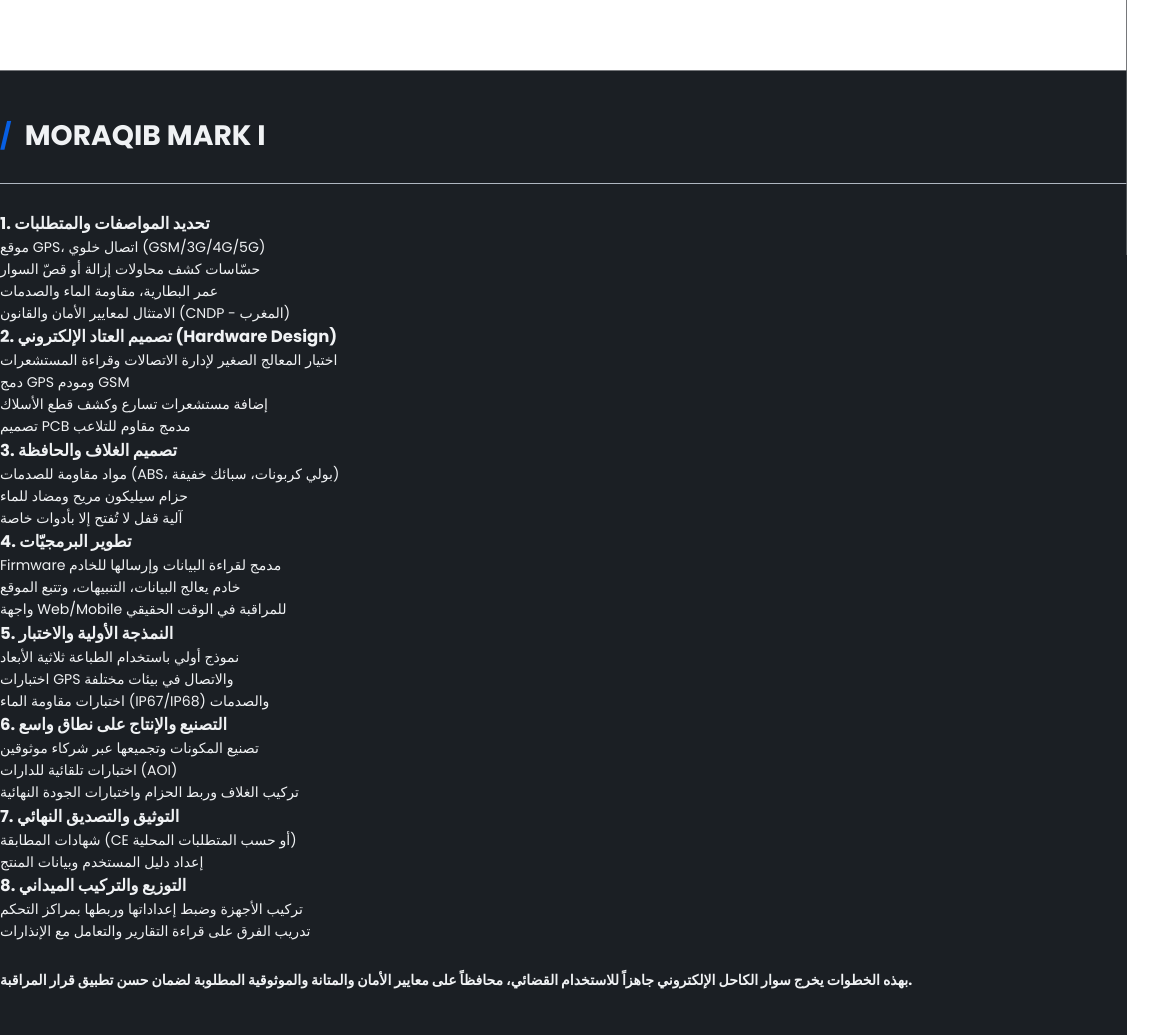
Repository: ayoubgharts/nextjs_protfolio
Page: /tutorials
The author's editor kept a copy of each file at every save. The page is drawn from the files as they stood at one save, then again after the next save.
The browser window is 1280 px wide. The page is 1280 px wide, then 1329 px, then 1280 px, so the pictures cover 1329 px, including what lies to the right of the window. The pictures show the whole page, at 88% of full size.
The project was rebuilt for these pictures with package versions that can differ from the ones it lists, and the page was loaded fresh each time. The framework's server and built-in components were replaced by stand-ins that run in the browser. Also part of the build but not shown: next.config.mjs.

Above is the page before, as saved 2025-06-01 00:23:51.

### src/app/tutorials/page.jsx
// pages/tutorials.js
import Link from "next/link";
import styles from "./tutorials.module.css";

import { Container } from "react-bootstrap";

import SectionTitle from "@/components/buttons/section-title/SectionTitle";

export default function Tutorials() {
  return (
    <main className={styles.tutorials}>
      <Container>
        <SectionTitle textContent={"MORAQIB mark I"} />
        <div className={styles.project}>
          <h3>1. تحديد المواصفات والمتطلبات</h3>
          <ul>
            <li>موقع GPS، اتصال خلوي (GSM/3G/4G/5G)</li>
            <li>حسّاسات كشف محاولات إزالة أو قصّ السوار</li>
            <li>عمر البطارية، مقاومة الماء والصدمات</li>
            <li>الامتثال لمعايير الأمان والقانون (CNDP - المغرب)</li>
          </ul>

          <h3>2. تصميم العتاد الإلكتروني (Hardware Design)</h3>
          <ul>
            <li>اختيار المعالج الصغير لإدارة الاتصالات وقراءة المستشعرات</li>
            <li>دمج GPS ومودم GSM</li>
            <li>إضافة مستشعرات تسارع وكشف قطع الأسلاك</li>
            <li>تصميم PCB مدمج مقاوم للتلاعب</li>
          </ul>

          <h3>3. تصميم الغلاف والحافظة</h3>
          <ul>
            <li>مواد مقاومة للصدمات (ABS، بولي كربونات، سبائك خفيفة)</li>
            <li>حزام سيليكون مريح ومضاد للماء</li>
            <li>آلية قفل لا تُفتح إلا بأدوات خاصة</li>
          </ul>

          <h3>4. تطوير البرمجيّات</h3>
          <ul>
            <li>Firmware مدمج لقراءة البيانات وإرسالها للخادم</li>
            <li>خادم يعالج البيانات، التنبيهات، وتتبع الموقع</li>
            <li>واجهة Web/Mobile للمراقبة في الوقت الحقيقي</li>
          </ul>

          <h3>5. النمذجة الأولية والاختبار</h3>
          <ul>
            <li>نموذج أولي باستخدام الطباعة ثلاثية الأبعاد</li>
            <li>اختبارات GPS والاتصال في بيئات مختلفة</li>
            <li>اختبارات مقاومة الماء (IP67/IP68) والصدمات</li>
          </ul>

          <h3>6. التصنيع والإنتاج على نطاق واسع</h3>
          <ul>
            <li>تصنيع المكونات وتجميعها عبر شركاء موثوقين</li>
            <li>اختبارات تلقائية للدارات (AOI)</li>
            <li>تركيب الغلاف وربط الحزام واختبارات الجودة النهائية</li>
          </ul>

          <h3>7. التوثيق والتصديق النهائي</h3>
          <ul>
            <li>شهادات المطابقة (CE أو حسب المتطلبات المحلية)</li>
            <li>إعداد دليل المستخدم وبيانات المنتج</li>
          </ul>

          <h3>8. التوزيع والتركيب الميداني</h3>
          <ul>
            <li>تركيب الأجهزة وضبط إعداداتها وربطها بمراكز التحكم</li>
            <li>تدريب الفرق على قراءة التقارير والتعامل مع الإنذارات</li>
          </ul>

          <p style={{ marginTop: "30px" }}>
            <strong>
              بهذه الخطوات يخرج سوار الكاحل الإلكتروني جاهزاً للاستخدام القضائي، محافظاً على
              معايير الأمان والمتانة والموثوقية المطلوبة لضمان حسن تطبيق قرار المراقبة.
            </strong>
          </p>
        </div>
      </Container>
    </main>
  );
}

### src/app/globals.css

/*? import google font 'Poppins' */
@import url('https://fonts.googleapis.com/css2?family=Poppins:wght@100;200;300;400;500;600;700&family=Raleway:ital,wght@0,100..900;1,100..900&display=swap');

/*? all variables */
:root {
  /*. Web colors vars */
  --dark:      #1b1f24;
  --dark-fixed:      #1b1f24;
  --dark-300:  #23282f;
  --dark-400:  #2b323b;
  --dark-300-opacity:  #23282fab;
  --dark-400-opacity:  #2b323bb0;
  --dark-300-fixed:#282c31;
  --dark-500:  #333c47;
  --dark-600:  #4d5a6a;
  --dark-700:  #778392;
  --dark-800:  #9da6b3;

  --light:     #f0f2f4;
  --light-fixed:     #f0f2f4;
  --light-300: #454649;
  --light-400: #c3cad5;
  --light-500: #8895aa;

  --primary:   #075fe4;
  --primary-dark:   #12499c;
  --primary-light:   #6b93cf;
  --success:   #11845b;
  --danger:    #c6303e;
  --danger-dark:    #992934;
  --warning:   #fd7e14;

  --purple:    #4c0bce;
  --purple-dark:    #330f7c;
  --violet:    #712cf9;
  --pink:    #f92c8c;
  --yellow:    #ffc107;
  --green:     #198754;
  --teal:      #20c997;
  --cyan:      #0dcaf0;

  /*. Mobile Var Colors */
  --mobile-dark:      #1b1f24;
  --mobile-light:     #f0f2f4;
  --mobile-dark-300:  #23282f;
  --mobile-dark-500:  #333c47;
  --mobile-dark-700:  #778392;



  /*. transitions vars */
  --trans-03: all ease .3s;
  --trans-05: all ease .5s;

  /*. border radius vars */
  --br-8: 8px;
  --br-50: 50px;

  /*. padding global default */
  --container-120: 0 120px;
  --container-60: 0 60px;
  --container-20: 0 20px;

  /*. buttons vars */
  --btn-padding: 10px 25px;
  --btn-font-size: 1.2rem;
  --btn-font-media: 0.9rem;
  --light-btn:#f0f2f4;

}


/* Light mode overrides */
.light-mode {

  /*. web switch colors */
  --dark:       #e0e3e6;
  --dark-300:  #cdd6e2;
  --dark-400:  #c7cfd8;
  --dark-300-opacity:  #b6bfccab;
  --dark-400-opacity:  #b5bfccb0;
  --dark-500:   #c2c8d3;
  --dark-600:  #4d5a6a;
  --dark-700:  #eff3f7;
  --dark-800:  #757c85;

  --light:     #1b1f24;
  --light-300: #dde1e9;
  --light-400: #c3cad5;
  --light-500: #8895aa;

  /*. mobile switch colors */
  --mobile-dark:      #f0f2f4;
  --mobile-light:     #1b1f24;
  --mobile-dark-500:  #b5bcc4;
  --mobile-dark-700:  #778392;
  --mobile-dark-300:  #e4e7ec;
}


/*? Global Styles */
*{
  font-family: "Poppins", sans-serif;
  box-sizing: border-box;
  padding: 0;
  margin: 0;
}

body {
  font-family: "Poppins", sans-serif;
  box-sizing: border-box;
  padding: 0;
  margin: 0;
}

/*? Normalise */
a, Link{
  color: var(--cyan);
  text-decoration: none !important;
}
ul{
  list-style: none;
  margin: 0;
  padding: 0;
}
ul li{
  margin: 0;
  padding: 0;
}
h1, h2, h3, h4, h5{
  margin: 0;
  padding: 0;
}

i{
  margin: 0;
  padding: 0;
}

.container{
  transition: var(--trans-03);
}

### src/app/tutorials/tutorials.module.css

.tutorials{
    margin-top: 80px;
    background: var(--dark);
    padding: 50px 0;
    transition: var(--trans-03);
    text-align: start;
    color: var(--light);
}

.button{
    outline: none;
    border: none;
    background: var(--primary);
    color: var(--light-fixed);
    width: 100%;
    padding: 15px 25px;
    border-radius: 10px;
    margin-top: 30px;
    transition: var(--trans-03);
}

.button:hover{
    background: var(--primary-dark);
}

.project{

}

### src/components/buttons/section-title/SectionTitle.jsx
import styles from './title.module.css';

export default function SectionTitle({textContent}){
    return(
        <h2 className={styles.h2}>
            {textContent}
        </h2>
    )
}

### src/components/buttons/section-title/title.module.css
.h2{
    font-size: 2rem;
    font-weight: 700;
    text-transform: uppercase;
    color: var(--light);
    width: 100%;
    border-bottom: solid 1.2px var(--light-400);
    margin-bottom: 30px;
    padding-bottom: 30px;
}

.h2::before{
    content: '/';
    color: var(--primary);
    margin-right: 15px;
    font-size: 1.8rem;
}

Loaded but not shown: src/app/layout.js (common file)

After the next save:
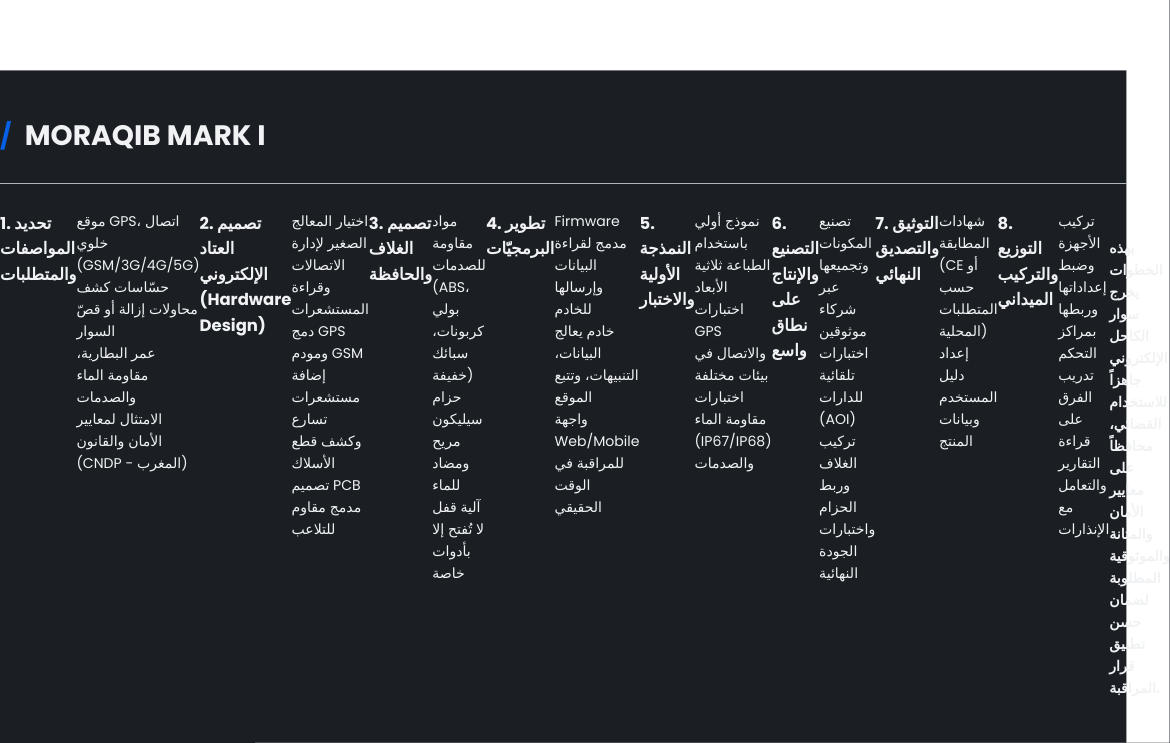
Saved 11 s later.
--- a/src/app/tutorials/tutorials.module.css
+++ b/src/app/tutorials/tutorials.module.css
@@ -25,5 +25,6 @@
 }
 
 .project{
-
+    display: flex;
+    align-items: ;
 }

After the save that followed:
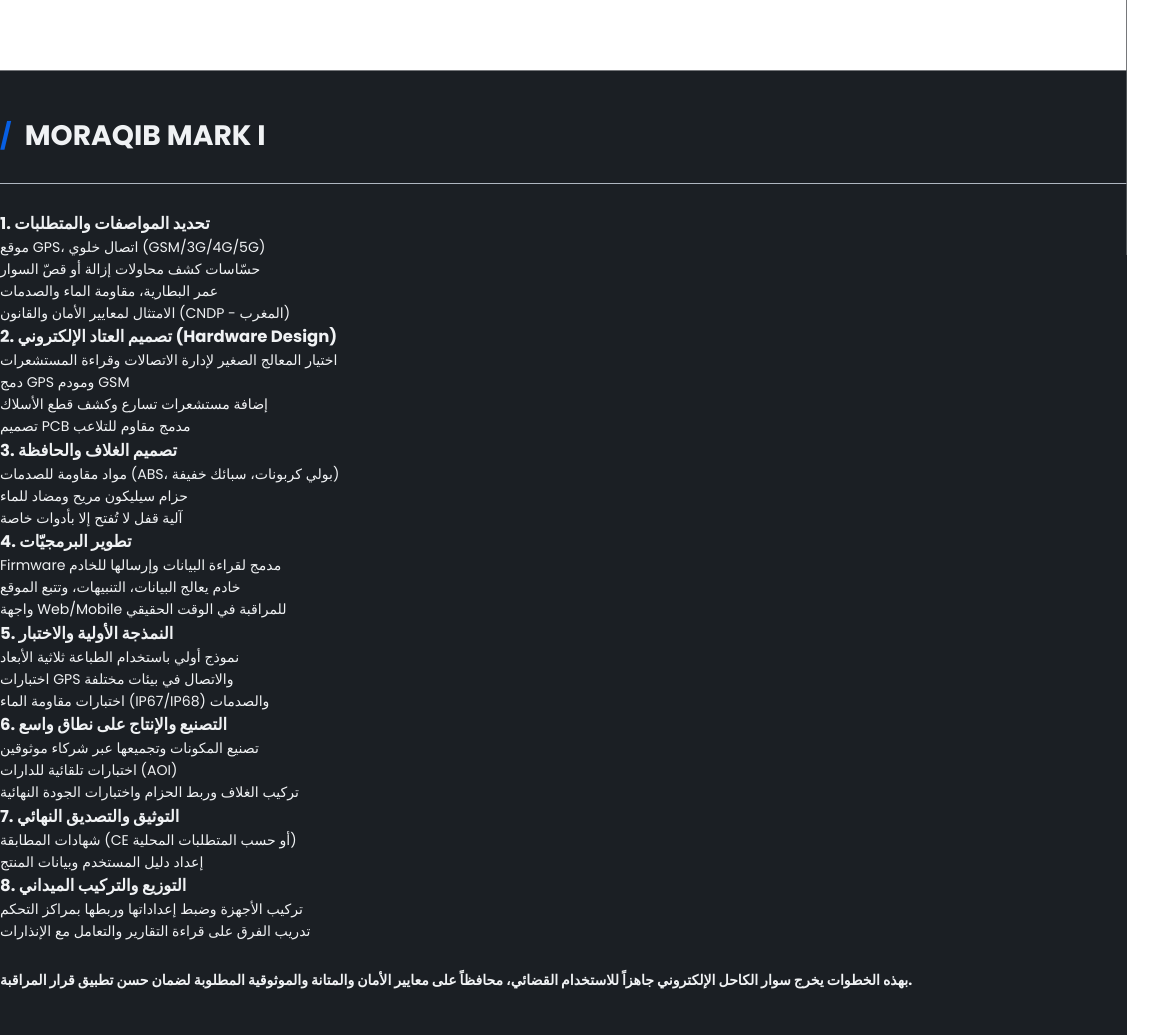
Saved 91 s later.
--- a/src/app/tutorials/tutorials.module.css
+++ b/src/app/tutorials/tutorials.module.css
@@ -25,6 +25,4 @@
 }
 
 .project{
-    display: flex;
-    align-items: ;
 }
